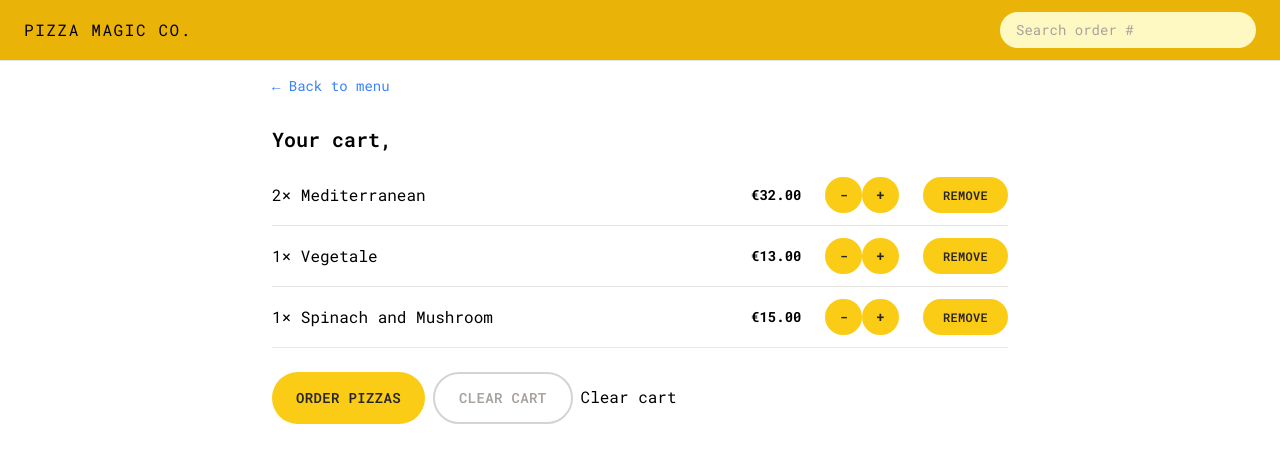
Repository: SyLe-Van/The-Pizza-Magic-web
Page: /cart
The author's editor kept a copy of each file at every save. The page is drawn from the files as they stood at one save, then again after the next save.
The browser window is 1280 px wide. The pictures show the whole page.
The project was rebuilt for these pictures with package versions that can differ from the ones it lists, and the page was loaded fresh each time. Also part of the build but not shown: vite.config.js, src/features/user/CreateUser.jsx, src/ui/Home.jsx, src/features/cart/CartOverview.jsx, src/features/user/Username.jsx, src/ui/Loader.jsx, src/services/apiRestaurant.js, src/features/menu/Menu.jsx and 4 more. Imported but missing from the stored project, and not drawn on this page: src/features/menu/MenuItem.

Above is the page before, as saved 2024-07-29 00:51:22.

### index.html
<!doctype html>
<html lang="en">
  <head>
    <meta charset="UTF-8" />
    <link rel="icon"
      href="data:[embedded picture, 141 characters]">

    <meta name="viewport" content="width=device-width, initial-scale=1.0" />
    <link rel="preconnect" href="https://fonts.googleapis.com">
    <link rel="preconnect" href="https://fonts.gstatic.com" crossorigin>
    <link href="https://fonts.googleapis.com/css2?family=Roboto+Mono:ital,wght@0,100..700;1,100..700&display=swap"
      rel="stylesheet">
    <title>Pizza Magic</title>
  </head>
  <body clas="bg-stone-100 text-stone-700">
    <div id="root"></div>
    <script type="module" src="/src/main.jsx"></script>
  </body>
</html>

### src/main.jsx
import React from 'react'
import ReactDOM from 'react-dom/client'
import App from './App.jsx'
import store from './store'
import { Provider } from 'react-redux'
import './index.css'
ReactDOM.createRoot(document.getElementById('root')).render(
  <React.StrictMode>
    <Provider store={store}>
      <App />
    </Provider>
  </React.StrictMode>,
)

### src/App.jsx
import {RouterProvider, createBrowserRouter } from "react-router-dom"
import Home from "./ui/Home"
import AppLayout from "./ui/AppLayout"
import Menu, {loader as menuLoader} from "./features/menu/Menu"
import Cart from "./features/cart/Cart"
import Error from "./ui/Error"
import CreateOrder, {action as CreateOrderAction} from "./features/order/CreateOrder"
import Order, {loader as orderLoader} from "./features/order/Order"
const router = createBrowserRouter([
  {
    element: <AppLayout />,
    errorElement: <Error />,
    children: [
      {
        path: "/",
        element: <Home />
      },
      {
        path: "/menu",
        element: <Menu />,
        loader: menuLoader,
        errorElement: <Error />,
      },
      {
        path: "/cart",
        element: <Cart />
      },
      {
        path: "/order/new",
        element: <CreateOrder />,
        action: CreateOrderAction,
      },
      {
        path: "/order/:orderId",
        element: <Order />,
        loader: orderLoader,
        errorElement: <Error />,
      }
    ]
  },


])

export default function App() {
  return <RouterProvider router={router} />
}

### src/store.js
import { configureStore } from "@reduxjs/toolkit";
import userReducer from "./features/user/userSlice";
import cartReducer from "./features/cart/cartSlice";
const store = configureStore({
  reducer: {
    user: userReducer,
    cart: cartReducer,
  },
});

export default store;

### src/index.css
@tailwind base;
@tailwind components;
@tailwind utilities;

@layer components {
  .input{
    @apply
      rounded-full
       md:px-6 md:py-3
        focus:ring
        focus:ring-yellow-400
         focus:outline-none
          border
           border-stone-200
             px-4 py-2
            text-sm transition-all
             duration-300
              placeholder:text-stone-400
               bg-slate-300

  }
    .loader {
      width: 45px;
      aspect-ratio: 0.75;
      --c: no-repeat linear-gradient(theme(colors.stone.800) 0 0);
      background: var(--c) 0% 50%, var(--c) 50% 50%, var(--c) 100% 50%;
      background-size: 20% 50%;
      animation: loading 1s infinite linear;
    }

    @keyframes loading {
      20% {
        background-position: 0% 0%, 50% 50%, 100% 50%;
      }

      40% {
        background-position: 0% 100%, 50% 0%, 100% 50%;
      }

      60% {
        background-position: 0% 50%, 50% 100%, 100% 0%;
      }

      80% {
        background-position: 0% 50%, 50% 50%, 100% 100%;
      }
    }
}
/* body {
  font-family: system-ui, -apple-system, BlinkMacSystemFont, 'Segoe UI', Roboto,
    Oxygen, Ubuntu, Cantarell, 'Open Sans', 'Helvetica Neue', sans-serif;
  background-color: #f7f7f7;
  color: #444;
}

.layout {
  display: grid;
  grid-template-rows: auto 1fr auto;
  gap: 32px;
  height: 100dvh;

} */

/* https://dev.to/afif/i-made-100-css-loaders-for-your-next-project-4eje */

### src/ui/AppLayout.jsx
import { Outlet, useNavigation } from "react-router-dom";
import CartOverview from "../features/cart/CartOverview";
import Header from "./Header";
import Loader from "./Loader";
export default function AppLayout() {
    const navigation = useNavigation()
    const isLoading = navigation.state === "loading"
    return (
        <div className="grid h-screen grid-rows-[auto_1fr_auto]">
            {isLoading && <Loader />}
            <Header />
            <div className="overflow-scroll">
                <main className="mx-auto max-w-3xl ">
                    <Outlet />
                </main>
            </div>
            <CartOverview />
        </div>
    )
}

### src/features/cart/Cart.jsx
import { Link } from 'react-router-dom';
import LinkButton from '../../ui/LinkButton';
import Button from '../../ui/Button';
import CartItem from './CartItem';
import { useSelector } from 'react-redux';
const fakeCart = [
  {
    pizzaId: 12,
    name: 'Mediterranean',
    quantity: 2,
    unitPrice: 16,
    totalPrice: 32,
  },
  {
    pizzaId: 6,
    name: 'Vegetale',
    quantity: 1,
    unitPrice: 13,
    totalPrice: 13,
  },
  {
    pizzaId: 11,
    name: 'Spinach and Mushroom',
    quantity: 1,
    unitPrice: 15,
    totalPrice: 15,
  },
];

function Cart() {
    const username = useSelector(state => state.user.username);

  const cart = fakeCart;

  return (
    <div className='py-3 px-4 '>
      <LinkButton to="/menu">&larr; Back to menu</LinkButton>
      <h2 className='mt-7 text-xl font-semibold'>Your cart, {username}</h2>
      <ul className='divide-y divide-stone-200 border-b mt-3'>
        {cart.map(item => <CartItem item={item} key={item.id} />)}
      </ul>
      <div className='mt-6 space-x-2'>
        <Button type="primary" to="/order/new">Order pizzas</Button>

        <Button type="secondary">Clear cart</Button>
        <button>Clear cart</button>
      </div>
    </div>
  );
}

export default Cart;

### src/features/user/userSlice.js
// function getPosition() {
//   return new Promise(function (resolve, reject) {
//     navigator.geolocation.getCurrentPosition(resolve, reject);
//   });
// }

// async function fetchAddress() {
//   // 1) We get the user's geolocation position
//   const positionObj = await getPosition();
//   const position = {
//     latitude: positionObj.coords.latitude,
//     longitude: positionObj.coords.longitude,
//   };

//   // 2) Then we use a reverse geocoding API to get a description of the user's address, so we can display it the order form, so that the user can correct it if wrong
//   const addressObj = await getAddress(position);
//   const address = `${addressObj?.locality}, ${addressObj?.city} ${addressObj?.postcode}, ${addressObj?.countryName}`;

//   // 3) Then we return an object with the data that we are interested in
//   return { position, address };
// }
import { createSlice } from "@reduxjs/toolkit";

const initialState = {
  username: "",
};
const userSlice = createSlice({
  name: "user",
  initialState,
  reducers: {
    updateName(state, action) {
      state.username = action.payload;
    },
  },
});

export const { updateName } = userSlice.actions;

export default userSlice.reducer;

### src/features/cart/cartSlice.js
import { createSlice } from "@reduxjs/toolkit";
const initialState = {
  cart: [
    // {
    //   pizzaId: 12,
    //   name: "Mediterranean",
    //   quantity: 2,
    //   unitPrice: 16,
    //   totalPrice: 32,
    // },
    // {
    //   pizzaId: 6,
    //   name: "Vegetale",
    //   quantity: 1,
    //   unitPrice: 13,
    //   totalPrice: 13,
    // },
    // {
    //   pizzaId: 11,
    //   name: "Spinach and Mushroom",
    //   quantity: 1,
    //   unitPrice: 15,
    //   totalPrice: 15,
    // },
  ],
};

const cartSlice = createSlice({
  name: "cart",
  initialState,
  reducer: {
    addItem(state, action) {
      state.cart.push(action.payload);
    },
    deleteItem(state, action) {
      state.cart = state.cart.filter((item) => item.pizzaId !== action.payload);
    },
    increaseItemQuantity(state, action) {
      const item = state.cart.find((item) => item.pizzaId === action.payload);
      item.quantity++;
      item.totalPrice = item.unitPrice * item.quantity;
    },
    decreaseItemQuantity(state, action) {
      const item = state.cart.find((item) => item.pizzaId === action.payload);
      item.quantity--;
      item.totalPrice = item.unitPrice * item.quantity;
    },
    clearCart(state, action) {
      state.cart = [];
    },
  },
});

export const {
  addItem,
  deleteItem,
  increaseItemQuantity,
  decreaseItemQuantity,
  clearCart,
} = cartSlice.actions;

export default cartSlice.reducer;

export const getTotalCartQuantity = (state) =>
  state.cart.cart.reduce((sum, item) => sum + item.quantity, 0);

export const getTotalCartPrice = (state) =>
  state.cart.cart.reduce((sum, item) => sum + item.totalPrice, 0);

export const getCurrentQuantityById = (id) => (state) =>
  state.cart.cart.find((item) => item.pizzaId === id)?.quantity ?? 0;

### src/ui/Button.jsx
import { Link } from "react-router-dom";
function Button({ children, disabled, to, onClick , type}) {

    const base = "bg-yellow-400 text-sm focus:outline-none focus:ring-offset-2 focus:ring focus:ring-yellow-300 focus:bg-yellow-300 duration-300 transition-colors uppercase font-semibold   text-stone-800 inline-block  tracking-wide rounded-full hover:bg-yellow-300 disabled:cursor-not-allowed "
    const styles = {
        round: base + "px-2.5 py-1 md:px-3.5 md:py-2 text-sm",
        secondary: "focus:outline-none text-sm hover:text-stone-800 border-2 py-2.5 px-4 md:px-6 md:py-3.5 border-stone-300 focus:ring-offset-2 focus:ring focus:ring-stone-200 focus:bg-stone-300 duration-300 transition-colors uppercase font-semibold   text-stone-400 inline-block  tracking-wide rounded-full hover:bg-stone-300 disabled:cursor-not-allowed ",
        primary: base + "py-3 px-4  md:px-6 md:py-4",
        small: base + "px-4 py-2 md:px-5 md:py-2.5 text-xs"
    }
    if (to) {
        return <Link className={styles[type]} to={to}>{children}</Link>
    }
    if (onClick) {
        return (<button onClick={onClick} disabled={disabled} className={styles[type]}>
                {children} </button>)
    }
    return <button disabled={disabled} className={styles[type]}>
      {children}
  </button>
}
export default Button;

### src/ui/Header.jsx
import { Link } from "react-router-dom";
import Username from "../features/user/Username";
import SearchOrder from "../features/order/SearchOrder";

export default function Header() {
    return (
        <header className="bg-yellow-500  flex items-center justify-between uppercase py-3 px-4 border-b border-stone-200 sm:px-6">
            <Link className="tracking-widest" to="/">Pizza Magic Co.</Link>
            <SearchOrder />

            <Username />

        </header>
    )
}

### src/ui/LinkButton.jsx
import {Link, useNavigate } from 'react-router-dom';
function LinkButton({ children, to }) {
    const navigatate = useNavigate();
    const className = "text-sm text-blue-500 hover:text-blue-600 hover:underline"
    if(to === '-1') {
        return (
            <button className={className} onClick={() => navigatate(-1)}>
            {children}
          </button>
        );
    }
  return (
      <Link to={to} className={className}>
          {children}
    </Link>
  );
}

export default LinkButton;

### src/features/cart/CartItem.jsx
import Button from "../../ui/Button";
import { formatCurrency } from "../../utils/helpers";
import DeleteItem from "./DeleteItem";
import UpdateItemQuantity from "./UpdateItemQuantity";
function CartItem({ item }) {
  const { pizzaId, name, quantity, totalPrice } = item;

  return (
    <li className="py-3 sm:flex sm:items-center sm:justify-between ">
      <p className="mb-1 sm:mb-0">
        {quantity}&times; {name}
      </p>
      <div className="flex justify-between sm:gap-6 items-center">
        <p className="text-sm font-bold">{formatCurrency(totalPrice)}</p>
        <UpdateItemQuantity pizzaId={pizzaId} />
        <DeleteItem pizzaId={pizzaId}/>
      </div>
    </li>
  );
}

export default CartItem;

### src/features/order/SearchOrder.jsx
import {useState} from 'react';
import { useNavigate } from 'react-router-dom';
export default function SearchOrder() {
    const [query, setQuery] = useState("");
    const navigate = useNavigate()

    function handleSubmit(e) {
        e.preventDefault();
        if (!query) return;
        navigate('/order/' + query)
        setQuery("")
    }
    return (
        <form onSubmit={handleSubmit}>
            <input  placeholder="Search order #"
                value={query}
                onChange={e => setQuery(e.target.value)}
                className='w-28 transition-all duration-300 focus:ring-opacity-50 rounded-full bg-yellow-100 px-4 py-2 text-sm placeholder:text-stone-400 sm:w-64 sm:focus:focus:w-72 focus:outline-none focus:ring focus:ring-yellow-500'
            />
        </form>
    )
}

### src/features/cart/DeleteItem.jsx
import Button from "../../ui/Button";
import { deleteItem } from "./cartSlice";
import { useDispatch } from 'react-redux';
export default function DeleteItem({ pizzaId }) {
  const dispatch = useDispatch();
  return <Button type="small" onClick={() => dispatch(deleteItem(pizzaId))}>Remove</Button>;
}

### src/features/cart/UpdateItemQuantity.jsx
import Button from "../../ui/Button";
import { useDispatch } from 'react-redux';
import { increaseItemQuantity, decreaseItemQuantity } from "./cartSlice";
export default function UpdateItemQuantity({ pizzaId }) {
  const dispatch = useDispatch();
  return (
        <div className="'flex gap-1 items-center md:gap-3">
            <Button type="round" onClick={() => dispatch(decreaseItemQuantity(pizzaId)())}>-</Button>
            <Button type="round" onClick={() => dispatch(increaseItemQuantity(pizzaId)())}>+</Button>

    </div>
  );
}

### tailwind.config.js
/** @type {import('tailwindcss').Config} */
module.exports = {
  content: ["./index.html", "./src/**/*.{html,js,jsx,tsx}"],
  theme: {
    fontFamily: {
      sans: "Roboto Mono, monospace",
    },

    extend: {
      fontSize: {
        huge: ["8rem", { lineHeight: "1" }],
      },
      height: {
        screen: "100dvh",
      },
    },
  },
  plugins: [],
};

Loaded but not shown: src/utils/helpers.js (common file)

After the next save:
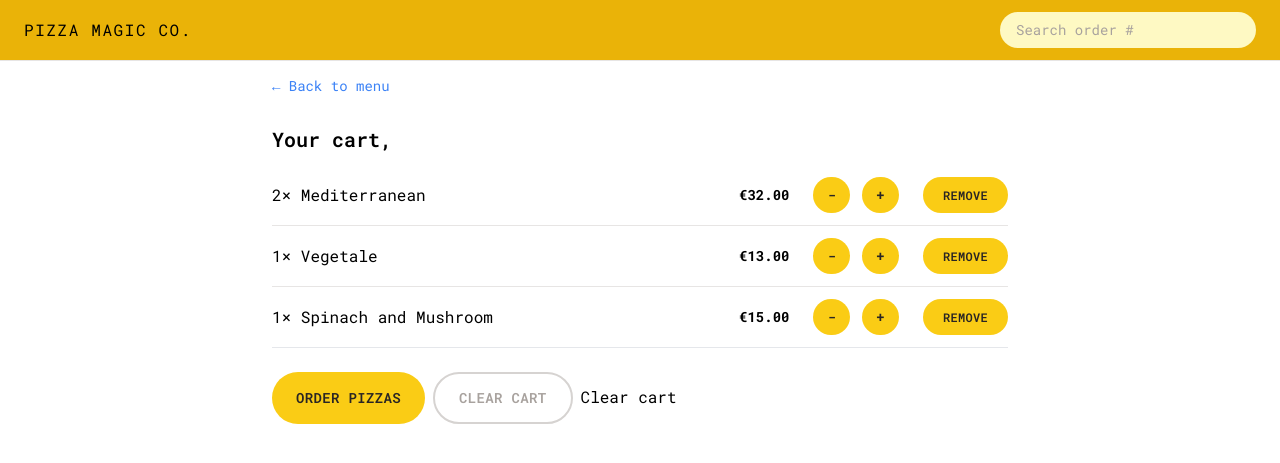
Saved 114 s later.
--- a/src/features/cart/UpdateItemQuantity.jsx
+++ b/src/features/cart/UpdateItemQuantity.jsx
@@ -1,13 +1,19 @@
+import React from "react";
 import Button from "../../ui/Button";
-import { useDispatch } from 'react-redux';
+import { useDispatch } from "react-redux";
 import { increaseItemQuantity, decreaseItemQuantity } from "./cartSlice";
+
 export default function UpdateItemQuantity({ pizzaId }) {
   const dispatch = useDispatch();
+
   return (
-        <div className="'flex gap-1 items-center md:gap-3">
-            <Button type="round" onClick={() => dispatch(decreaseItemQuantity(pizzaId)())}>-</Button>
-            <Button type="round" onClick={() => dispatch(increaseItemQuantity(pizzaId)())}>+</Button>
-
+    <div className="flex gap-1 items-center md:gap-3">
+      <Button type="round" onClick={() => dispatch(decreaseItemQuantity(pizzaId))}>
+        -
+      </Button>
+      <Button type="round" onClick={() => dispatch(increaseItemQuantity(pizzaId))}>
+        +
+      </Button>
     </div>
   );
 }
